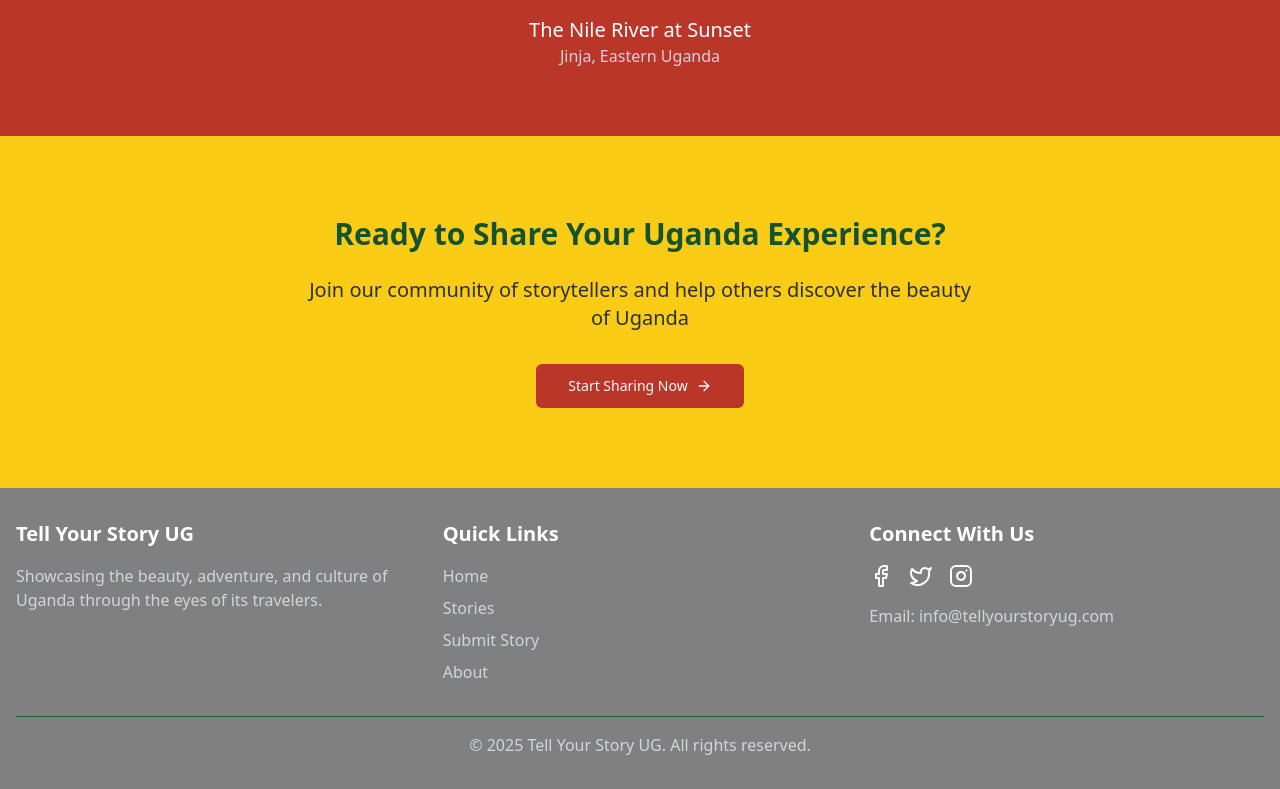
Repository: kaizoku010/take.part
Page: /
These files come from the project's save history. The page is drawn as it stood at one moment and after the next save; the edit follows.
The browser window is 1280 px wide. The pictures show the part of the page from y = 2259 to 3048 px (the page is 3048 px tall).
The project was rebuilt for these pictures with package versions that can differ from the ones it lists, and the page was loaded fresh each time. Also part of the build but not shown: vite.config.ts, src/components/ui/tooltip.tsx, src/pages/About.tsx, src/components/ui/input.tsx, src/pages/Stories.tsx, src/pages/StoryDetail.tsx, src/components/ui/use-toast.ts, src/components/ui/label.tsx and 3 more.

Above is the page before, as saved 2025-04-14 14:27:20.

After the next save:
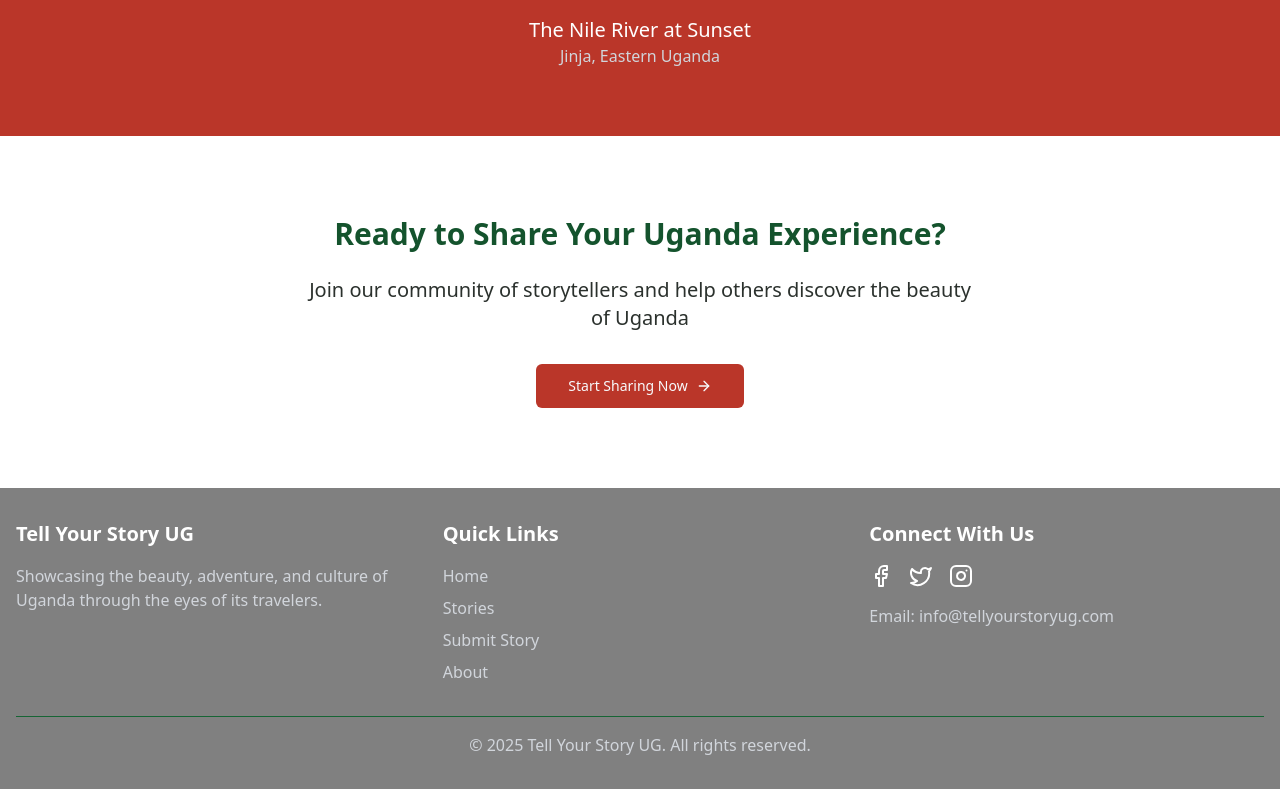
Saved 40 s later.
--- a/src/pages/Home.tsx
+++ b/src/pages/Home.tsx
@@ -218,7 +218,7 @@ const Home = () => {
       </section>
 
       {/* Call to Action */}
-      <section className="py-20 bg-yellow-400">
+      <section className="py-20">
         <div className="container mx-auto px-4 text-center">
           <h2 className="text-3xl font-bold text-green-900 mb-6">Ready to Share Your Uganda Experience?</h2>
           <p className="text-xl text-green-800 mb-8 max-w-2xl mx-auto">
